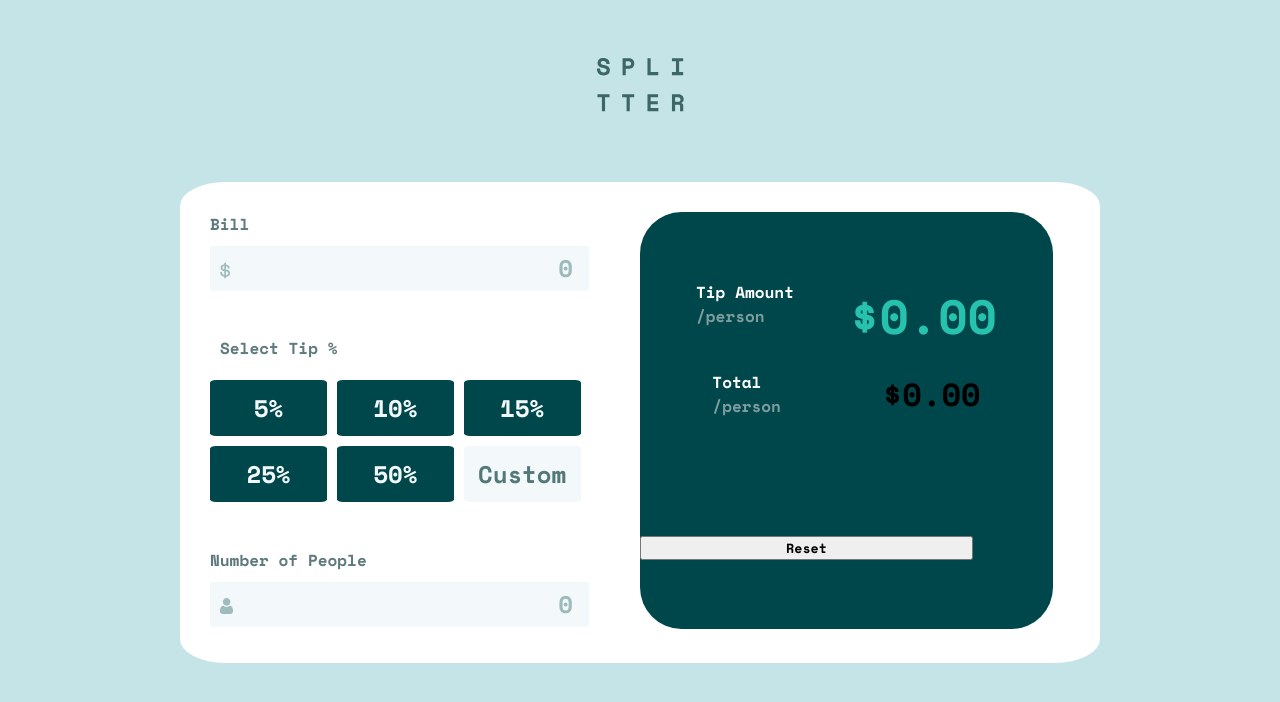
Repository: Arkitecth/tip-calculator
Page: index.html
The author's editor kept a copy of each file at every save. The page is drawn from the files as they stood at one save, then again after the next save.
The browser window is 1280 px wide. The pictures show the whole page.

Above is the page before, as saved 2023-06-09 19:14:14.

### index.html
<!DOCTYPE html>
<html lang="en">
<head>
  <meta charset="UTF-8">
  <meta name="viewport" content="width=device-width, initial-scale=1.0"> <!-- displays site properly based on user's device -->

  <link rel="icon" type="image/png" sizes="32x32" href="./images/favicon-32x32.png">
  <link rel="stylesheet" href="styles.css">
  <title>Tip calculator app</title>

</head>
<body>

  <main>
    <img src="images/logo.svg" alt="logo">
      <div class="app">
        <div class="entry">
          <div class="bill-entry">
            <p>Bill</p>
            <img src="images/icon-dollar.svg" alt="dollar sign"><input class="entry-input" type="text" name="Bill" id="Bill" placeholder="0">
          </div>

          <div class="tip-entry">
            <p>Select Tip %</p>
            <input type="button" value="5%">
            <input type="button" value="10%">
            <input type="button" value="15%">
            <input type="button" value="25%">
            <input type="button" value="50%">
            <input class="custom" type="button" value="Custom">
          </div>

          <div class="people-entry">
            <p>Number of People</p>
            <img src="images/icon-person.svg" alt="person sign"><input class="entry-input" type="text" name="people-entry" id="people-entry" placeholder="0">
          </div>

        </div>

        <div class="result">
          <div class="tip">
            <p class="title">Tip Amount
              <br>
              <span class="grey-color">/person</span>
            </p>
            <h1 class="amount">$0.00</h1>

          </div>

          <div class="total">
            <p class="title">Total
              <br>
              <span class="grey-color">/person</span>
            </p>
            <h1>$0.00</h1>
          </div>
          <button class="reset-button">Reset</button>
        </div>


  </div>
  </main>





</body>
</html>

### styles.css
@import url('https://fonts.googleapis.com/css2?family=Space+Mono:wght@700&display=swap');
* {
    margin: 0;
    padding: 0;
    font-family: 'Space Mono', monospace;
}

/* Main Styling */
body {
    background-color: #C5E4E7;

}

main {
    display: flex;
    flex-direction: column;
    justify-content: center;
    align-items: center;
    align-content: center;
    height: 100vh;
    gap: 70px;
}

/* App Styling */

.app {
    width: 920px;
    height: 481px;
    background-color: white;
    border-radius: 5%;
    display: grid;
    grid-template-columns: 1fr 1fr;
}

/* Entry Styling */

.entry {
    display: grid;
    padding-top: 30px;
    grid-template-rows: auto auto auto;
    padding-left: 30px;
    justify-content: center;
    color: #5E7A7D;
}

.entry p {
    margin-bottom: 10px;
}

.entry-input {
    background-color:#f3F9FA;
    width: 379px;
    height: 45px;
    border: none;
    border-radius: 2%;
    text-align: right;
    font-size: 1.5rem;
    color: #00474B;

}

.entry-input:focus {
    outline: none;
    border: 1px solid #26C2AE;

}

.entry-input::placeholder {
    text-align: right;
    font-size: 1.5rem;
    color:#00474B;
    opacity: 0.35;
    padding: 1rem;

}

/* Bill Styling */

.bill-entry {
    position: relative;
}

.bill-entry img {
    position: absolute;
    top: 50px;
    left: 10px;
}

/* Tip Entry */
.tip-entry p {
    padding: 10px;
}
.tip-entry input[type="button"] {
    width: 117px;
    padding: 10px;
    margin-bottom: 10px;
    background-color:#00474B;
    color: #f3F9FA;
    font-size: 1.5rem;
    border: none;
    border-radius: 5%;
    font-weight: 700;
}

.tip-entry input[type="button"]:active,.tip-entry input[type="button"]:hover {
    background-color: #26C2AE;
}
.tip-entry input[type="button"]:active {
    transform: translateY(4px);
}

.tip-entry input.custom {
    background-color: #F3F9FA;
    color:#547878;
}

/* People Entry Styling */
.people-entry {
    position: relative;
}
.people-entry img {
    position: absolute;
    top: 50px;
    left: 10px;
}

/* Result Styling */
.result {
    display: flex;
    flex-direction: column;
    background-color: #00474B;
    align-content: center;
    justify-content: space-evenly;
    border-radius: 10%;
    margin-top: 30px;
    width: 413px;
    height: 417px;
}

/* Tip Syling */
.tip {
    display: flex;
    flex-direction: row;
    justify-content: space-evenly;
    align-content: center;

}

.title {
    color: #FFFFFF;
    width: 98px;
}

.grey-color {
    color: #7F9D9F;
}

.amount {
    color: #26C2AE;
    font-size: 48px;
}

.total {
    display: flex;
    justify-content: space-evenly;
    transform: translateY(-50px);
}

/* Rest Button */
.reset-button {
    width: 333px;
}

After the next save:
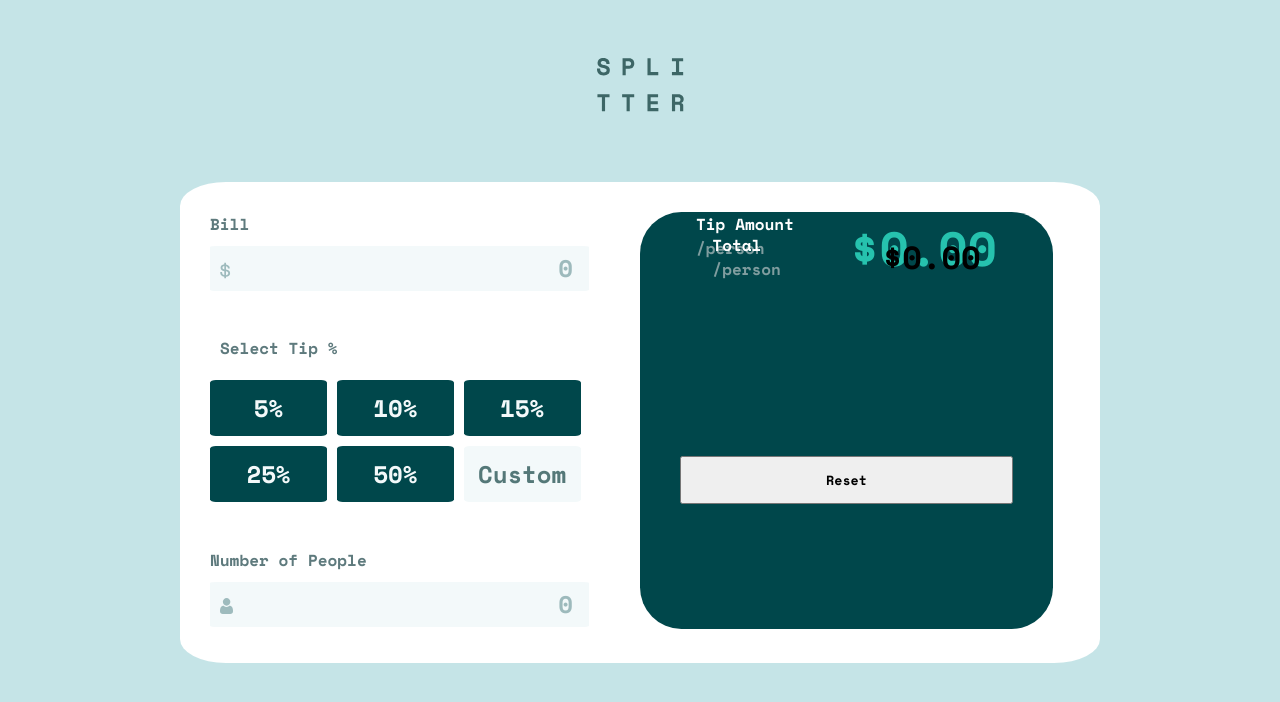
Saved 16 s later.
--- a/styles.css
+++ b/styles.css
@@ -169,4 +169,6 @@
 /* Rest Button */
 .reset-button {
     width: 333px;
+    height: 48px;
+    margin: auto;
 }
